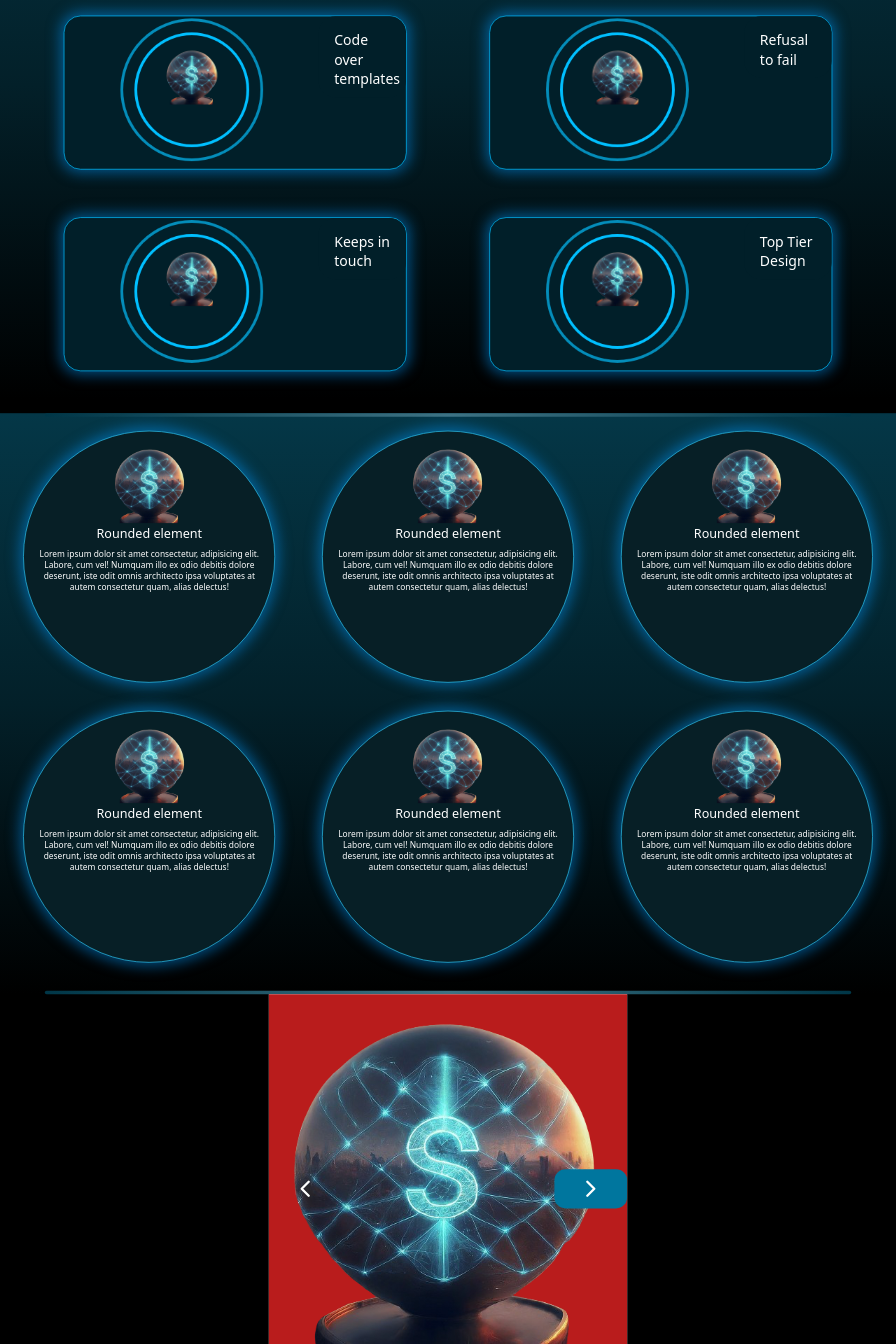
Repository: TMuse333/q3-desings2
Page: /
These files come from the project's save history. The page is drawn as it stood at one moment and after the next save; the edit follows.
The browser window is 1280 px wide. The pictures show the part of the page from y = 1046 to 2966 px (the page is 2966 px tall), at 70% of full size.
The project was rebuilt for these pictures with package versions that can differ from the ones it lists, and the page was loaded fresh each time. Also part of the build but not shown: vite.config.ts.

Above is the page before, as saved 2024-05-11 13:48:31.

After the next save:
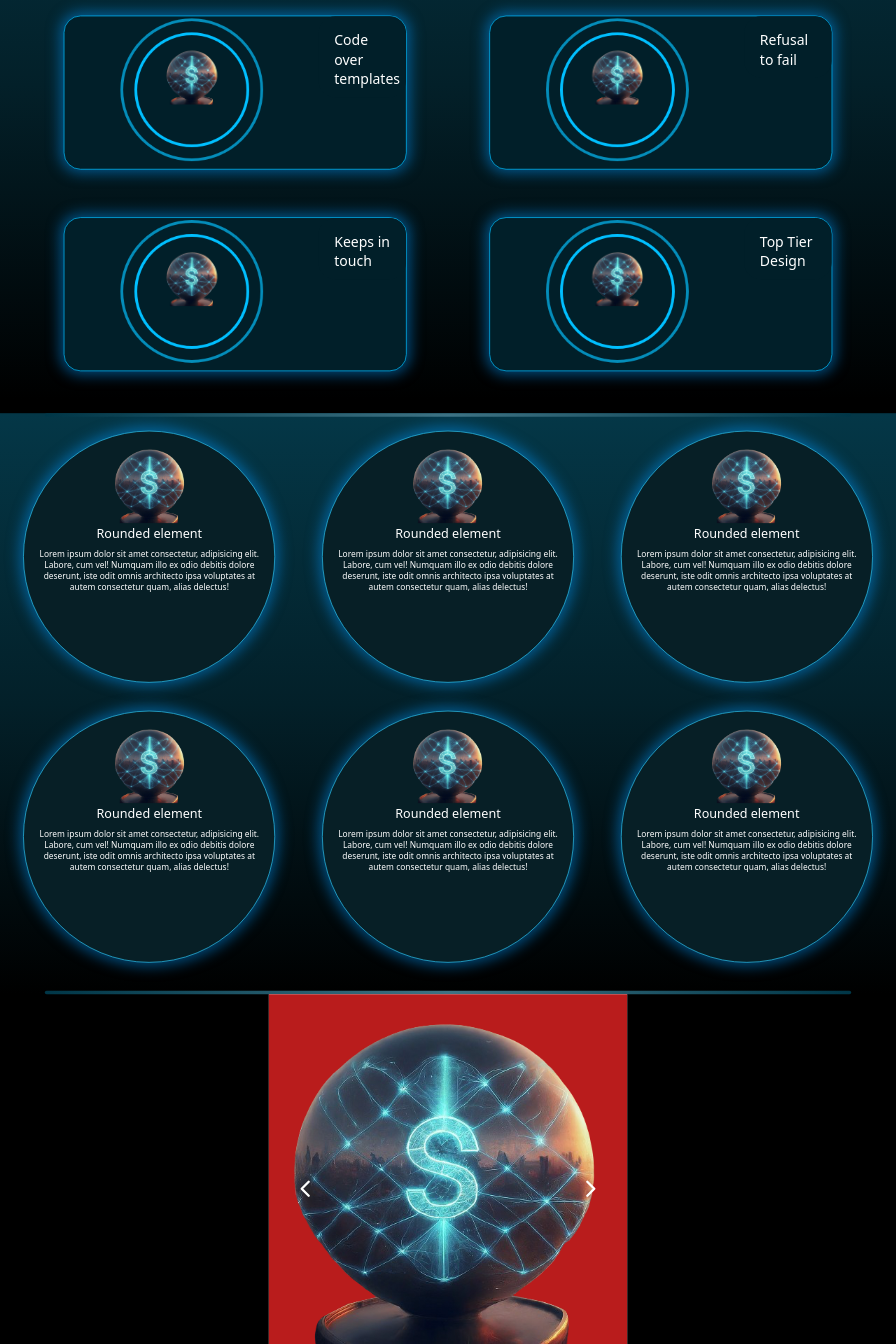
Saved 7 s later.
--- a/src/components/carousel/carousel.tsx
+++ b/src/components/carousel/carousel.tsx
@@ -35,7 +35,7 @@ const Carousel:React.FC<CarouselProps> = ({images}) =>{
                     size={40}/>
                 </button>
 
-                <button className='bg'>
+                <button className='bg-transparent text-right'>
                  <ChevronRight
                  size={40}/>
                 </button>
